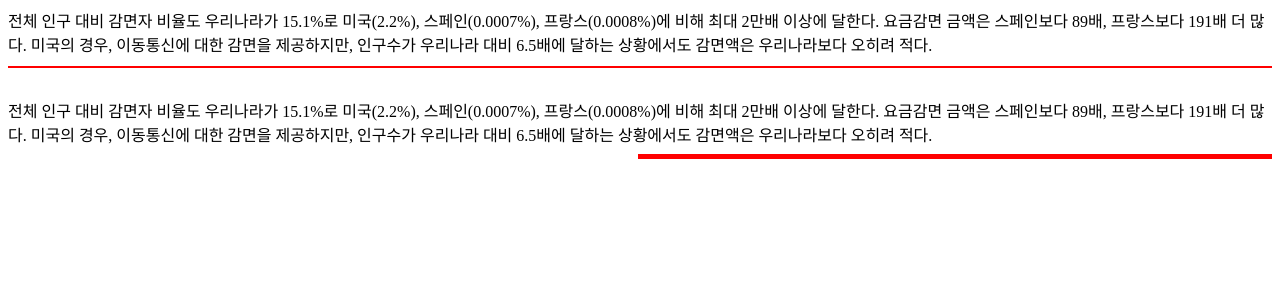
Repository: sungken/htmlProject
Page: ClientTest/src/main/webapp/html/ex09_hr.html
The author's editor kept a copy of each file at every save. The page is drawn from the files as they stood at one save, then again after the next save.
The browser window is 1280 px wide. The pictures show the whole page.

Above is the page before, as saved 2024-03-13 00:49:24.

### ClientTest/src/main/webapp/html/ex09_hr.html
<!DOCTYPE html>
<html>
<head>
<meta charset="UTF-8">
<title>Insert title here</title>
</head>
<body>
<!-- ex09_hr.html -->
<!--

	<hr> 태그, Horizontal Rule
	- 수평바
	- 문단과 문단을 구분하는 역할


	hr 속성
	1. size: 선의 두께
	2. width:  선의 너비
	3. align: 선의 수평정렬 (justfiy 사용하지 않는다.)
	4. color:

	HTML 속성값의 종류(형태)
	1. 숫자형
		- 단위없음: 픽셀(pixel, 화소) > 화상(이미지)를 구성하는 최소 단위 (단일색상을 가지는 점 1개) > 절대값
		- 단위있음: % > 백분율 > 부모 태그의 영역을 기준(*********)
	2. 열거형
		- 정해진 속성값 중 하나를 사용
	3. 색상형
		- 색상명 or RGB

 -->
<body>전체 인구 대비 감면자 비율도 우리나라가 15.1%로 미국(2.2%), 스페인(0.0007%), 프랑스(0.0008%)에 비해 최대 2만배 이상에 달한다. 요금감면 금액은 스페인보다 89배, 프랑스보다 191배 더 많다. 미국의 경우, 이동통신에 대한 감면을 제공하지만, 인구수가 우리나라 대비 6.5배에 달하는 상황에서도 감면액은 우리나라보다 오히려 적다.</body>
<hr style="border: 0.5px solid red;  margin: 10px 0px 30px 0">
<body>전체 인구 대비 감면자 비율도 우리나라가 15.1%로 미국(2.2%), 스페인(0.0007%), 프랑스(0.0008%)에 비해 최대 2만배 이상에 달한다. 요금감면 금액은 스페인보다 89배, 프랑스보다 191배 더 많다. 미국의 경우, 이동통신에 대한 감면을 제공하지만, 인구수가 우리나라 대비 6.5배에 달하는 상황에서도 감면액은 우리나라보다 오히려 적다.</body>
<hr color="red" size="5" width="50%" align="right">



</body>
</html>

After the next save:
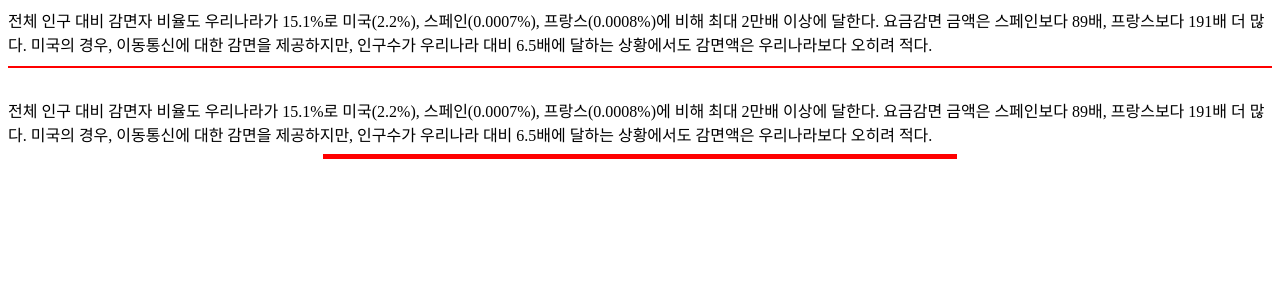
Saved 18 s later.
--- a/ClientTest/src/main/webapp/html/ex09_hr.html
+++ b/ClientTest/src/main/webapp/html/ex09_hr.html
@@ -32,7 +32,7 @@
 <body>전체 인구 대비 감면자 비율도 우리나라가 15.1%로 미국(2.2%), 스페인(0.0007%), 프랑스(0.0008%)에 비해 최대 2만배 이상에 달한다. 요금감면 금액은 스페인보다 89배, 프랑스보다 191배 더 많다. 미국의 경우, 이동통신에 대한 감면을 제공하지만, 인구수가 우리나라 대비 6.5배에 달하는 상황에서도 감면액은 우리나라보다 오히려 적다.</body>
 <hr style="border: 0.5px solid red;  margin: 10px 0px 30px 0">
 <body>전체 인구 대비 감면자 비율도 우리나라가 15.1%로 미국(2.2%), 스페인(0.0007%), 프랑스(0.0008%)에 비해 최대 2만배 이상에 달한다. 요금감면 금액은 스페인보다 89배, 프랑스보다 191배 더 많다. 미국의 경우, 이동통신에 대한 감면을 제공하지만, 인구수가 우리나라 대비 6.5배에 달하는 상황에서도 감면액은 우리나라보다 오히려 적다.</body>
-<hr color="red" size="5" width="50%" align="right">
+<hr color="red" size="5" width="50%" align="center">
 
 
 
